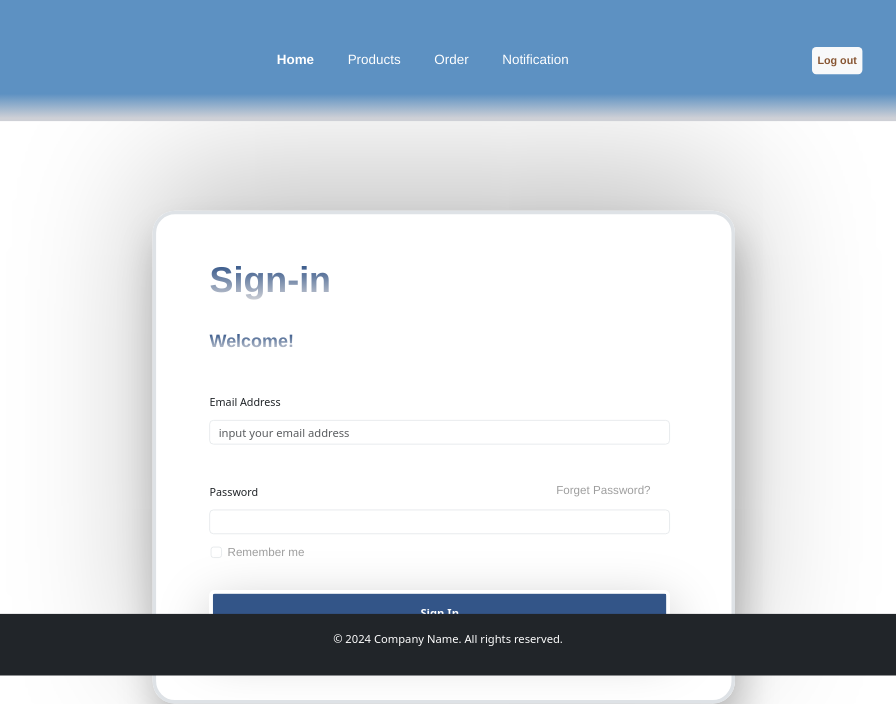
Repository: OVictor21/inventory
Page: /
An editor plug-in stored every save of this project. The page is shown before and after the next save, followed by the edit.
The browser window is 1280 px wide. The pictures show the whole page, at 70% of full size.
The project was rebuilt for these pictures with package versions that can differ from the ones it lists, and the page was loaded fresh each time.

Above is the page before, as saved 2024-12-14 09:56:57.

After the next save:
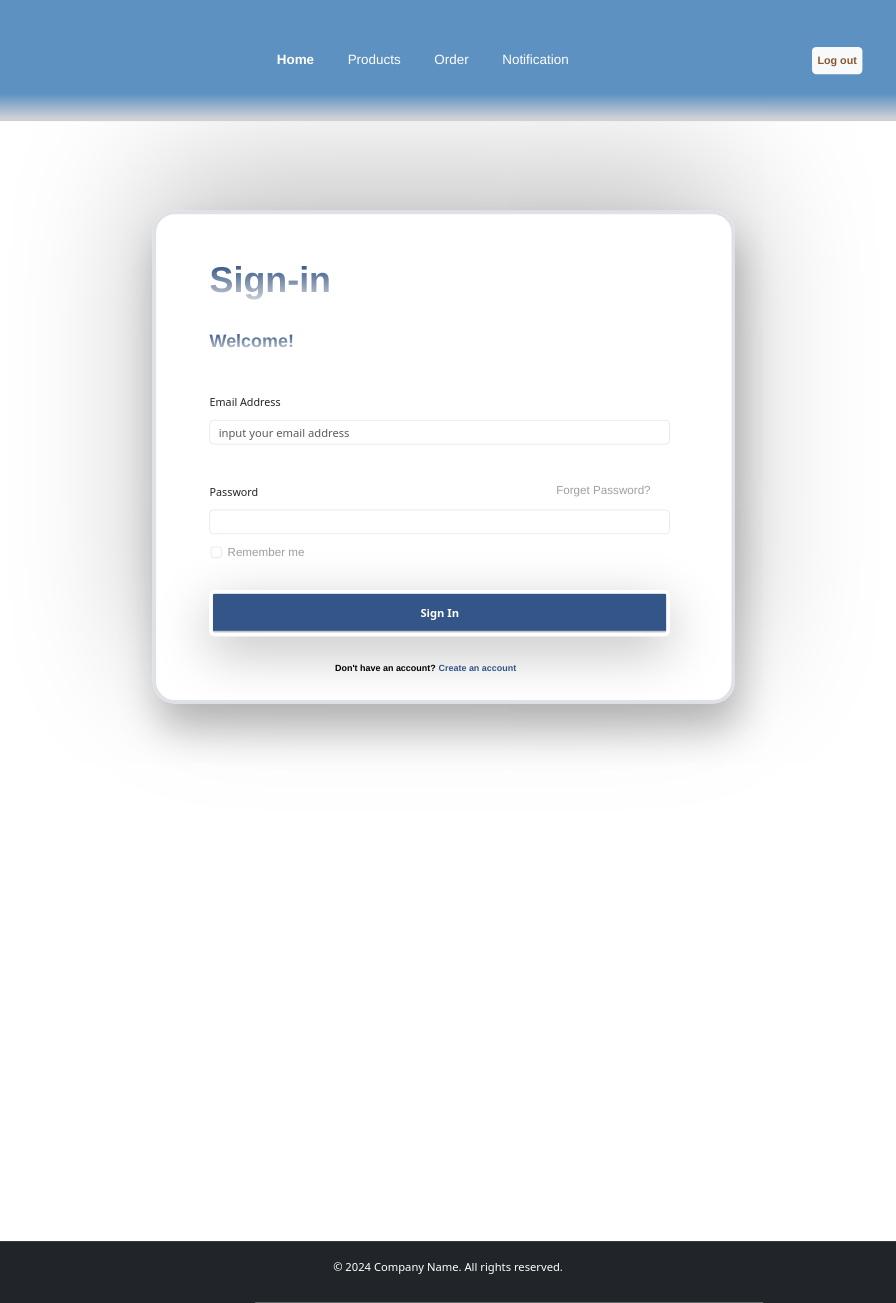
Saved 6 s later.
--- a/src/index.css
+++ b/src/index.css
@@ -193,7 +193,7 @@ font-size: 1.2vw;
 .footer-body{
   background-color: rgb(51, 85, 136);
 
-  top: 70%;
+  top: 70vw;
 
 
 }
